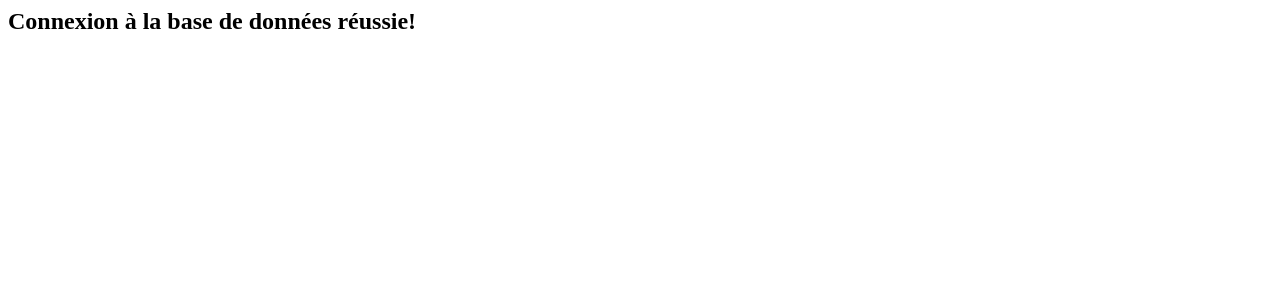
Repository: noolatifa/online-library
Page: http://localhost/Gestion_bib/TestConnexionServlet
These files come from the project's save history. The page is drawn as it stood at one moment and after the next save; the edit follows.
The browser window is 1280 px wide. The pictures show the whole page.
The page is served by Tomcat 10. Other server files are loaded and not shown. Queries for data that is not in the repository find no rows.

Above is the page before, as saved 2023-12-07 01:11:01.

### Gestion_bib/src/main/java/connexion_DB/TestConnexionServlet.java
package connexion_DB;

import jakarta.servlet.ServletException;
import jakarta.servlet.annotation.WebServlet;
import jakarta.servlet.http.HttpServlet;
import jakarta.servlet.http.HttpServletRequest;
import jakarta.servlet.http.HttpServletResponse;
import java.io.IOException;
import java.io.IOException;
import java.io.PrintWriter;
import java.sql.Connection;
import java.sql.DriverManager;
import java.sql.PreparedStatement;
import java.sql.ResultSet;
import java.sql.SQLException;
/**
 * Servlet implementation class TestConnexionServlet
 */

public class TestConnexionServlet extends HttpServlet {
	private static final long serialVersionUID = 1L;

    /**
     * @see HttpServlet#HttpServlet()
     */
    public TestConnexionServlet() {
        super();
        // TODO Auto-generated constructor stub
    }

	/**
	 * @see HttpServlet#doGet(HttpServletRequest request, HttpServletResponse response)
	 */
	protected void doGet(HttpServletRequest request, HttpServletResponse response) throws ServletException, IOException {
		// TODO Auto-generated method stub
		 response.setContentType("text/html;charset=UTF-8");
	        PrintWriter out = response.getWriter();


	        /*	try {
					Class.forName("com.mysql.cj.jdbc.Driver");
				} catch (ClassNotFoundException e) {
					// TODO Auto-generated catch block
					e.printStackTrace();
				}
	        	String url = "jdbc:mysql://localhost:3306/Gestion_bib";
                String user = "root";
                String password = "admin";

               try {
				Connection connection = DriverManager.getConnection(url, user, password);
			} catch (SQLException e) {
				// TODO Auto-generated catch block
				e.printStackTrace();
			}	       */

	        Connection connection = ConnexionDB.obtenirConnexion();

	        if (connection != null) {
	            out.println("<html><body><h2>Connexion à la base de données réussie!</h2></body></html>");

	            // Exemple de requête de sélection
	            try {
	                String sql = "SELECT * FROM Livres LIMIT 1";
	                PreparedStatement preparedStatement = connection.prepareStatement(sql);
	                ResultSet resultSet = preparedStatement.executeQuery();

	                while (resultSet.next()) {
	                    out.println("ID Livre : " + resultSet.getInt("id_livre") + "<br>");
	                    out.println("Titre : " + resultSet.getString("titre") + "<br>");
	                    out.println("Auteur : " + resultSet.getString("auteur") + "<br>");
	                }

	            } catch (SQLException e) {
	                e.printStackTrace();
	            } finally {
	              ConnexionDB.fermerConnexion();
	            }

	        } else {
	            out.println("<html><body><h2>La connexion à la base de données a échoué!</h2></body></html>");
	        }

	        out.close();
	    	}

	/**
	 * @see HttpServlet#doPost(HttpServletRequest request, HttpServletResponse response)
	 */
	protected void doPost(HttpServletRequest request, HttpServletResponse response) throws ServletException, IOException {
		// TODO Auto-generated method stub
		doGet(request, response);
	}

}

### Gestion_bib/src/main/java/connexion_DB/ConnexionDB.java
package connexion_DB;

import java.sql.Connection;
import java.sql.DriverManager;
import java.sql.SQLException;

public class ConnexionDB {

    private static Connection connection = null;

    public static Connection obtenirConnexion() {
        if (connection != null) {
            return connection;
        } else {
            try {
                Class.forName("com.mysql.cj.jdbc.Driver");
                String url = "jdbc:mysql://localhost:3306/Gestion_bib";
                String user = "root";
                String password = "admin";

                connection = DriverManager.getConnection(url, user, password);
                return connection;
            } catch (ClassNotFoundException | SQLException e) {
                // Gérer l'exception de manière appropriée, par exemple, en utilisant un système de journalisation.
                e.printStackTrace();
                return null;
            }
        }
    }

    public static void fermerConnexion() {
        if (connection != null) {
            try {
                connection.close();
            } catch (SQLException e) {
                e.printStackTrace();
            }
        }
    }
}

After the next save:
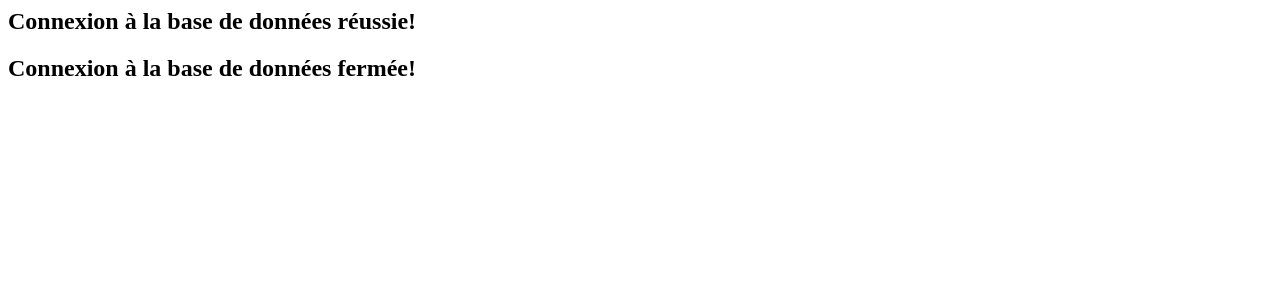
Saved 13 min 17 s later.
--- a/Gestion_bib/src/main/java/connexion_DB/TestConnexionServlet.java
+++ b/Gestion_bib/src/main/java/connexion_DB/TestConnexionServlet.java
@@ -75,6 +75,8 @@ public class TestConnexionServlet extends HttpServlet {
 	                e.printStackTrace();
 	            } finally {
 	              ConnexionDB.fermerConnexion();
+		          out.println("<html><body><h2>Connexion à la base de données fermée!</h2></body></html>");
+
 	            }
 
 	        } else {
